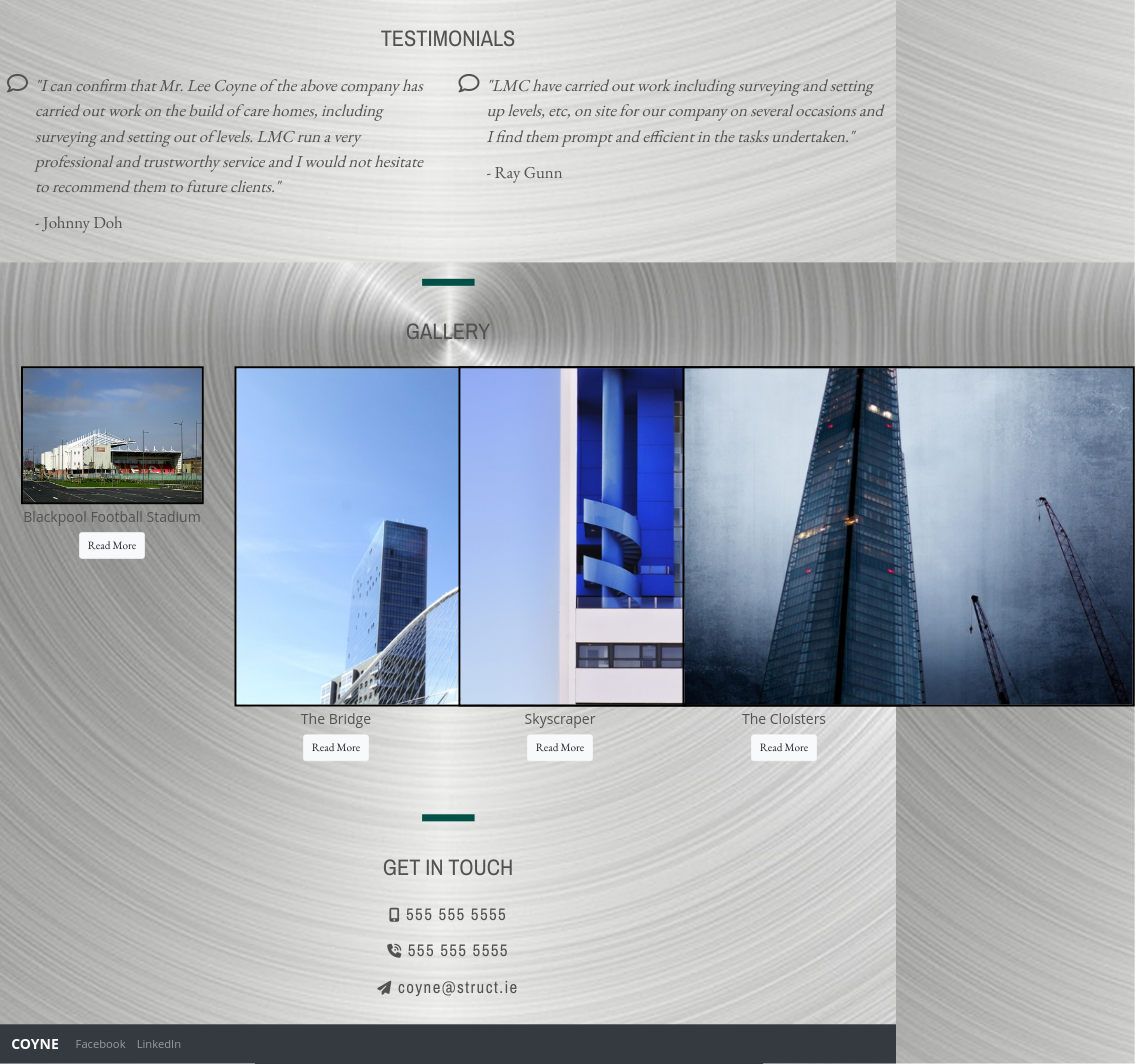
Repository: Leo-Cullen/first-milestone-project
Page: index.html
The author's editor kept a record of every edit. The page is drawn from the files as they stood at one moment, then again after the next edit.
The browser window is 1280 px wide. The page is 1621 px wide, so the pictures cover 1621 px, including what lies to the right of the window. The pictures show the part of the page from y = 1435 to 2955 px (the page is 2955 px tall), at 70% of full size.
Backgrounds fixed to the window are drawn as part of the page. Some web libraries are served in a nearby version.

Above is the page before.

### index.html
<!DOCTYPE html>
<html lang="en">

<head>
    <meta charset="UTF-8">
    <meta name="viewport" content="width=device-width, initial-scale=1.0">
    <meta http-equiv="X-UA-Compatible" content="ie=edge">
    <link rel="stylesheet" href="https://stackpath.bootstrapcdn.com/bootstrap/4.3.1/css/bootstrap.min.css" integrity="sha384-ggOyR0iXCbMQv3Xipma34MD+dH/1fQ784/j6cY/iJTQUOhcWr7x9JvoRxT2MZw1T" crossorigin="anonymous">
    <link href="https://fonts.googleapis.com/css?family=Archivo+Narrow|EB+Garamond&display=swap" rel="stylesheet">
    <link rel="stylesheet" href="assets/css/style.css" type="text/css" />
    <title>Coyne | Surveying and setting out services</title>
    <script src="https://kit.fontawesome.com/c525f812d6.js"></script>
</head>

<body>

    <nav class="navbar top-navbar navbar-expand-sm navbar-dark bg-dark fixed-top">
        <a class="navbar-brand" href="#"> COYNE </a>
        <button class="navbar-toggler" type="button" data-toggle="collapse" data-target="#navbarNav" aria-controls="navbarNav" aria-expanded="false" aria-label="Toggle navigation">
            <span class="navbar-toggler-icon"></span>
        </button>
        <div class="collapse navbar-collapse" id="navbarNav">
            <ul class="navbar-nav mr-auto">
                <li class="nav-item active">
                    <a class="active nav-link mr-2" href="#">Home <span class="sr-only">(current)</span></a>
                </li>
                <li class="nav-item mr-2">
                    <a class="nav-link" href="#about">About</a>
                </li>
                <li class="nav-item mr-2">
                    <a class="nav-link" href="#testimonials">Testimonials</a>
                </li>
                <li class="nav-item mr-2">
                    <a class="nav-link" href="#gallery-anchor">Gallery</a>
                </li>
                <li class="nav-item mr-2">
                    <a class="nav-link" href="#contact">Contact</a>
                </li>
            </ul>
            <div class="d-none d-md-block">
                <p class="navbar-text my-auto mr-2"><i>Because success is built on strong foundations.</i></p>
            </div>
        </div>
    </nav>

    <div class="container-fluid  splash-container">
        <div class="row">
            <div class="col-12">
                <section class="splash jumbotron">
                    <img src="assets/images/coyne-logo.png" width="100%" height="100%" style="margin-top:100px" />
                    <!--  -->
                </section>
            </div>
        </div>
    </div>

    <div class="container-fluid about-container content-container">
        <!-- About section -->
        <hr id="about" />
        <section class="about-section">
            <div class="row">
                <div class="col-12 page-header">
                    <h2 class="text-uppercase section-heading">About</h2>
                </div>
            </div>
            <div class="row">
                <div class="col-12 col-md-6 col-lg-4">
                    <div class="about-col">
                        <h3 class="about-heading">Who are we?</h3>
                        <p>Established in 2006 in the British Midlands as LMC Solutions LTD, we are a small but thriving company. Our three engineers have thirty years of combined experience.</p>
                        <p>We pride ourselves on providing the highest levels of quality and service. Always willing to go the extra mile with competitive prices, our excellent references and full insuarance guarantee your peace of mind.</p>
                    </div>
                </div>
                <div class="col-12 col-md-6 col-lg-4">
                    <div class="about-col">
                        <h3 class="about-heading">What do we do?</h3>
                        <p>Projects that we have worked on range from individual houses to complex steel frame structures, pedestrian schemes, highways, concrete buildings, roads, car parks, sewage plants, schools and an athletics ground.</p>
                    </div>
                </div>
                <div class="col-12 col-md-6 col-lg-4">
                    <div class="about-col">
                        <h3 class="about-heading">How do we do it?</h3>
                        <p>We use Leica robotic survey equipment to collect, process and edit survey information. Together with our CAD expertise we can supply information in AutoCAD and other major formats.</p>
                        <p>Accuracy is paramount to us. Therefore, our strict quality quality assurance procedures ensure effective checking systems are in place at all stages of the production process.</p>
                    </div>
                </div>
            </div>
        </section>
        <!-- / About section -->
    </div>
    <!-- / About container -->

    <div class="container-fluid testimonials-container content-container">
        <!-- Testimonials section -->
        <hr id="testimonials" />
        <section class="testimonials">
            <div class="row">
                <div class="col-12 page-header">
                    <h2 class="text-uppercase section-heading">Testimonials</h2>
                </div>
            </div>
            <div class="row">
                <div class="col-12 col-md-6">
                    <div class="media">
                        <i class="far fa-comment" class="mr-3"></i>
                        <blockquote class="blockquote">
                            <p class="quote">"I can confirm that Mr. Lee Coyne of the above company has carried out work on the build of care homes, including surveying and setting out of levels. LMC run a very professional and trustworthy service and I would not hesitate
                                to recommend them to future clients."</p>
                            <p>- Johnny Doh</p>
                        </blockquote>
                    </div>
                </div>
                <div class="col-12 col-md-6">
                    <div class="media">
                        <i class="far fa-comment" class="mr-3"></i>
                        <blockquote class="blockquote">
                            <p class="quote">"LMC have carried out work including surveying and setting up levels, etc, on site for our company on several occasions and I find them prompt and efficient in the tasks undertaken."</p>
                            <p>- Ray Gunn</p>
                        </blockquote>
                    </div>
                </div>
            </div>
        </section>
        <!-- / Testimonials section -->
    </div>
    <!-- / Testimonials container -->

    <!-- Gallery container -->
    <div class="container-fluid gallery-container content-container">
        <hr id="gallery-anchor" />
        <section class="gallery">
            <div class="row">
                <div class="col-12 page-header">
                    <h2 class="text-uppercase section-heading">Gallery</h2>
                </div>
            </div>
            <div class="row">
                <div class="col-md-6 col-xl-3">
                    <img class="img-responsive" src="assets/images/blackpool-fc.jpg" />
                    <h5>Blackpool Football Stadium</h5>
                    <p><a class="btn btn-small btn-light" href="#">Read More</a></p>
                </div>
                <div class="col-md-6 col-xl-3">
                    <img src="assets/images/bridge-640x480.jpg" />
                    <h5>The Bridge</h5>
                    <p><a class="btn btn-small btn-light" href="#">Read More</a></p>
                </div>
                <div class="col-md-6 col-xl-3">
                    <img src="assets/images/appartments-640x480.jpg" />
                    <h5>Skyscraper</h5>
                    <p><a class="btn btn-small btn-light" href="#">Read More</a></p>
                </div>
                <div class="col-md-6 col-xl-3">
                    <img src="assets/images/skyscraper-640x480.jpg" />
                    <h5>The Cloisters</h5>
                    <p><a class="btn btn-small btn-light" href="#">Read More</a></p>
                </div>
            </div>
        </section>
    </div>
    <!-- / Gallery container -->

    <!-- Contact container -->
    <div class="container-fluid contact-container content-container">
        <hr id="contact" />
        <section class="contact">
            <div class="row">
                <div class="col-12 page-header">
                    <h2 class="text-uppercase section-heading">Get in Touch</h2>
                    <p><i class="fas fa-mobile-alt"></i> 555 555 5555</p>
                    <p><i class="fas fa-phone-volume"></i> 555 555 5555</p>
                    <p><i class="fas fa-paper-plane"></i> coyne@struct.ie</p>
                </div>
            </div>
        </section>
    </div>
    <!-- / Contact container -->

    <!-- Footer -->
    <nav class="navbar navbar-expand-sm navbar-dark bg-dark">
        <a class="navbar-brand" href="#">COYNE</a>

        <ul class="navbar-nav mr-auto">
            <li class="nav-item">
                <a class="nav-link" href="#">Facebook</a>
            </li>
            <li class="nav-item">
                <a class="nav-link" href="#">LinkedIn</a>
            </li>
            <li class="nav-item">
                <a class="nav-link disabled" href="#"></a>
            </li>
        </ul>
    </nav>
    <!-- / Footer -->

    <script src="https://code.jquery.com/jquery-3.3.1.slim.min.js" integrity="sha384-q8i/X+965DzO0rT7abK41JStQIAqVgRVzpbzo5smXKp4YfRvH+8abtTE1Pi6jizo" crossorigin="anonymous"></script>
    <script src="https://cdnjs.cloudflare.com/ajax/libs/popper.js/1.14.7/umd/popper.min.js" integrity="sha384-UO2eT0CpHqdSJQ6hJty5KVphtPhzWj9WO1clHTMGa3JDZwrnQq4sF86dIHNDz0W1" crossorigin="anonymous"></script>
    <script src="https://stackpath.bootstrapcdn.com/bootstrap/4.3.1/js/bootstrap.min.js" integrity="sha384-JjSmVgyd0p3pXB1rRibZUAYoIIy6OrQ6VrjIEaFf/nJGzIxFDsf4x0xIM+B07jRM" crossorigin="anonymous"></script>

</body>

</html>

### assets/css/style.css
body {
    color: #525252;
    /* background-color: #E3E0DF;   light gray */
    font-family: "Open Sans", sans-serif;
    background: url(../images/metal-background.jpg) no-repeat center center fixed;
    -webkit-background-size: cover;
    -moz-background-size: cover;
    -o-background-size: cover;
    background-size: cover;

}

h1,h2,h3 {
    font-family: 'Archivo Narrow', sans-serif;
}

p {
    font-family: 'EB Garamond', serif;
    font-size: x-large;
}

.navbar-brand {
    font-weight: bold;
}

.top-navbar a {
    font-weight: bold;
}

.page-header {
    margin-top: 0;
    margin-bottom: 0;
    text-align: center;
}

.page-header h2 {
    margin-top: 30px;
    margin-bottom: 30px;
}

hr {
    width: 75px;
    height: 10px;
    border: 0;
    background-color: #005048; /* dark green */
}

.section-heading {
    text-align: center;
}

.content-container {
    margin-bottom: 20px;
}

.splash-container {
     height: 100vh;
    <!-- background: url(../images/building-site-trans.png) no-repeat bottom right fixed; -->
    -webkit-background-size: cover;
    -moz-background-size: cover;
    -o-background-size: cover;
    background-size: cover;
    display: flex;
    align-items: center;
    justify-content: center;
    position: relative;
}


.jumbotron {
    background-color: transparent;
}

.about-container {
    padding: 10px;
}

.about-col {
    padding-top: 20px;
    padding-right: 20px;
}

.about-heading {
    text-align: center;
}

.about-col p {
    text-align: justify;
}

.testimonials-container {
    margin-top: 20px;
    padding: 10px;
}

.quote {
    font-style: italic;
}

.testimonials i {
    font-size: 30px;
    margin-right: 10px;
}

.gallery-container {
    text-align: center;
}

.gallery-container img {
    border: solid 3px #000;
}

.gallery-container h5 {
    padding-top: 6px;
}

.gallery-container p {
    margin-bottom: 30px;
}

.contact-container {
    padding: 10px;
    text-align: center;
    padding-bottom: 0;
}

.img-responsive {
    max-width: 90%;
}

.contact-container i {
    font-size: 20px;
}

.contact-container p {
    font-family: 'Archivo Narrow', sans-serif;
    font-size: 24px;
    letter-spacing: 2px;
}

After the next edit:
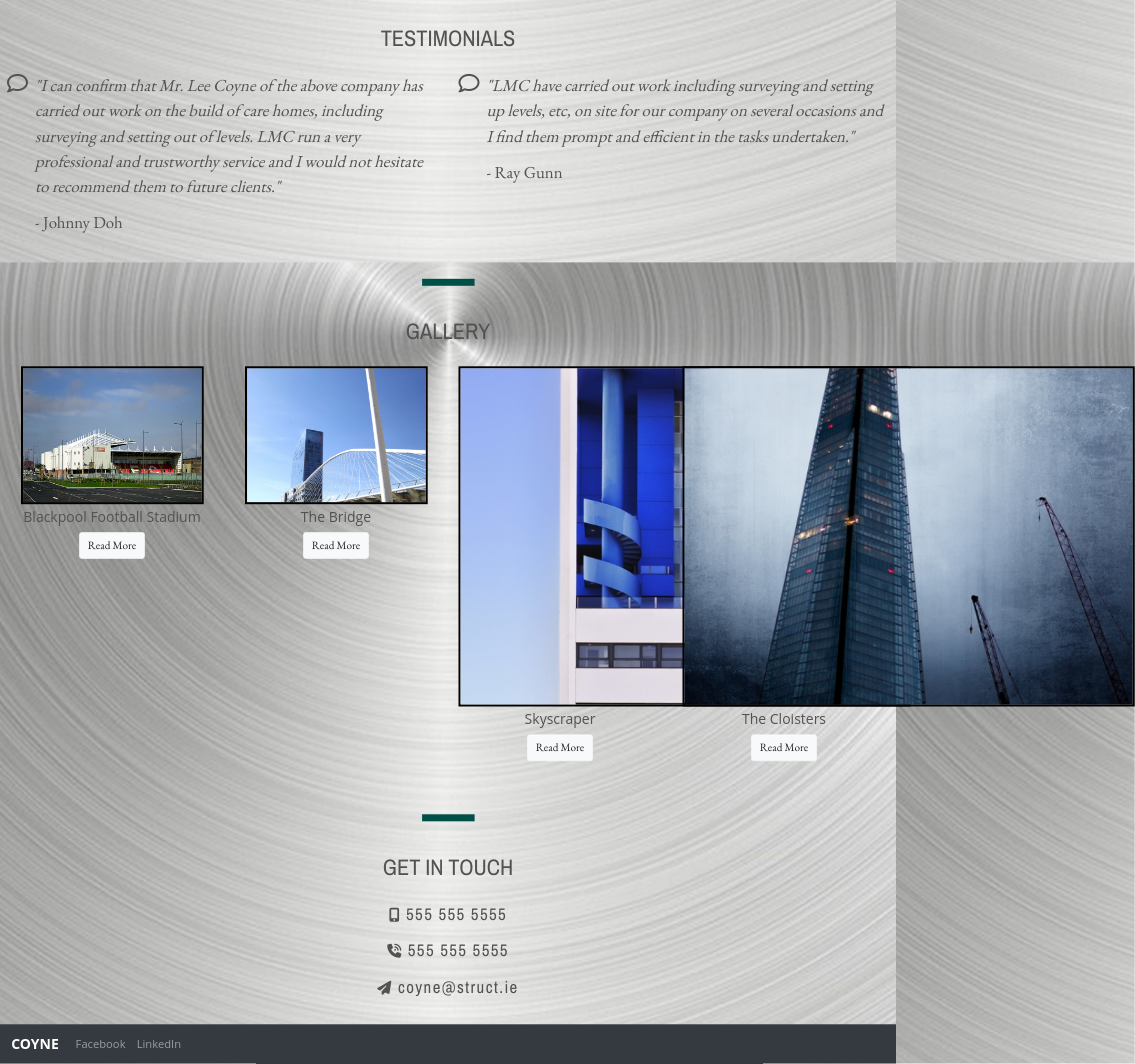
The edit:
--- a/index.html
+++ b/index.html
@@ -141,7 +141,7 @@
                     <p><a class="btn btn-small btn-light" href="#">Read More</a></p>
                 </div>
                 <div class="col-md-6 col-xl-3">
-                    <img src="assets/images/bridge-640x480.jpg" />
+                    <img class="img-responsive" src="assets/images/bridge-640x480.jpg" />
                     <h5>The Bridge</h5>
                     <p><a class="btn btn-small btn-light" href="#">Read More</a></p>
                 </div>
